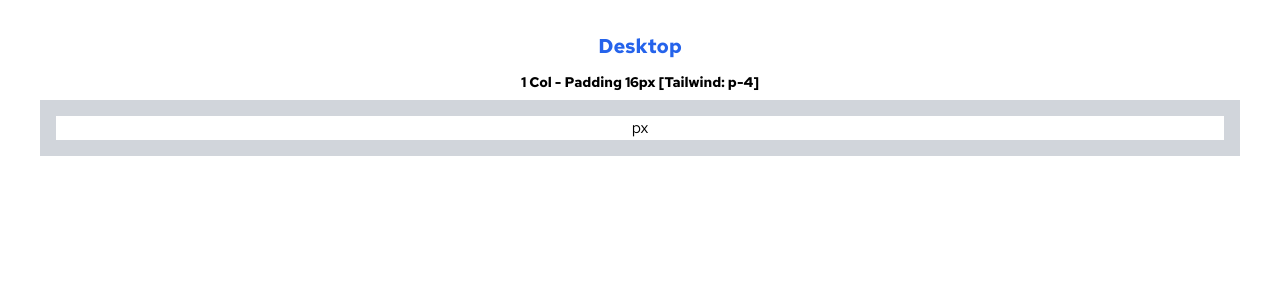
Repository: fabianwurk/vue-tailwind
Page: /
An editor plug-in stored every save of this project. The page is shown before and after the next save, followed by the edit.
The browser window is 1280 px wide. The pictures show the whole page.
The project was rebuilt for these pictures with package versions that can differ from the ones it lists, and the page was loaded fresh each time. Also part of the build but not shown: vite.config.js.

Above is the page before, as saved 2021-03-17 00:11:54.
Console error: TypeError: this.innerWidth is not a function

After the next save:
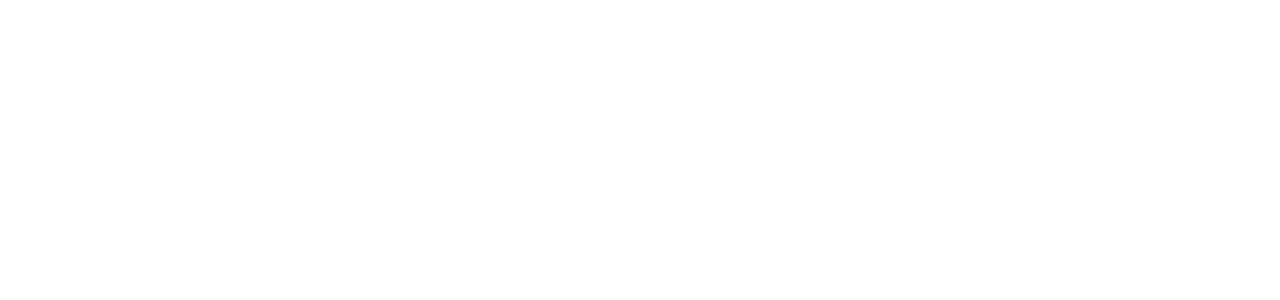
Console error (its wording comes from the project's code and is left out).
Saved 9 s later.
--- a/src/components/Large.vue
+++ b/src/components/Large.vue
@@ -22,7 +22,7 @@
 export default {
   data() {
     return {
-      width: this.innerWidth,
+      width: this,
     };
   },
   mounted() {

After the save that followed:
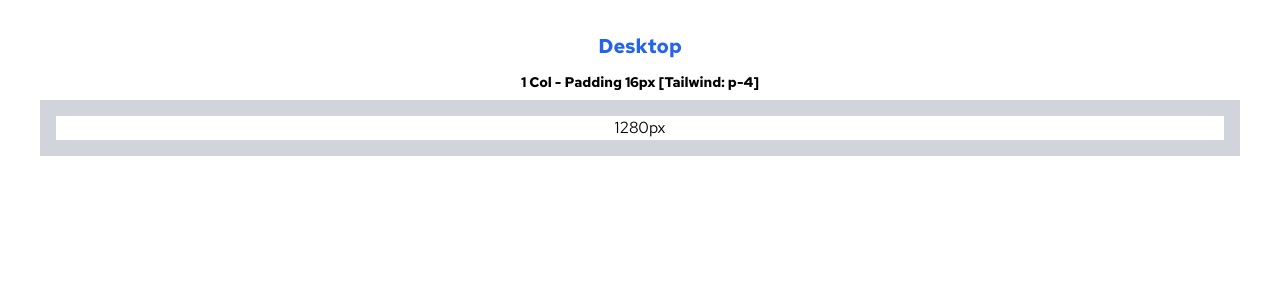
Console error: TypeError: this.innerWidth is not a function
Saved 6 s later.
--- a/src/components/Large.vue
+++ b/src/components/Large.vue
@@ -22,7 +22,7 @@
 export default {
   data() {
     return {
-      width: this,
+      width: innerWidth,
     };
   },
   mounted() {
